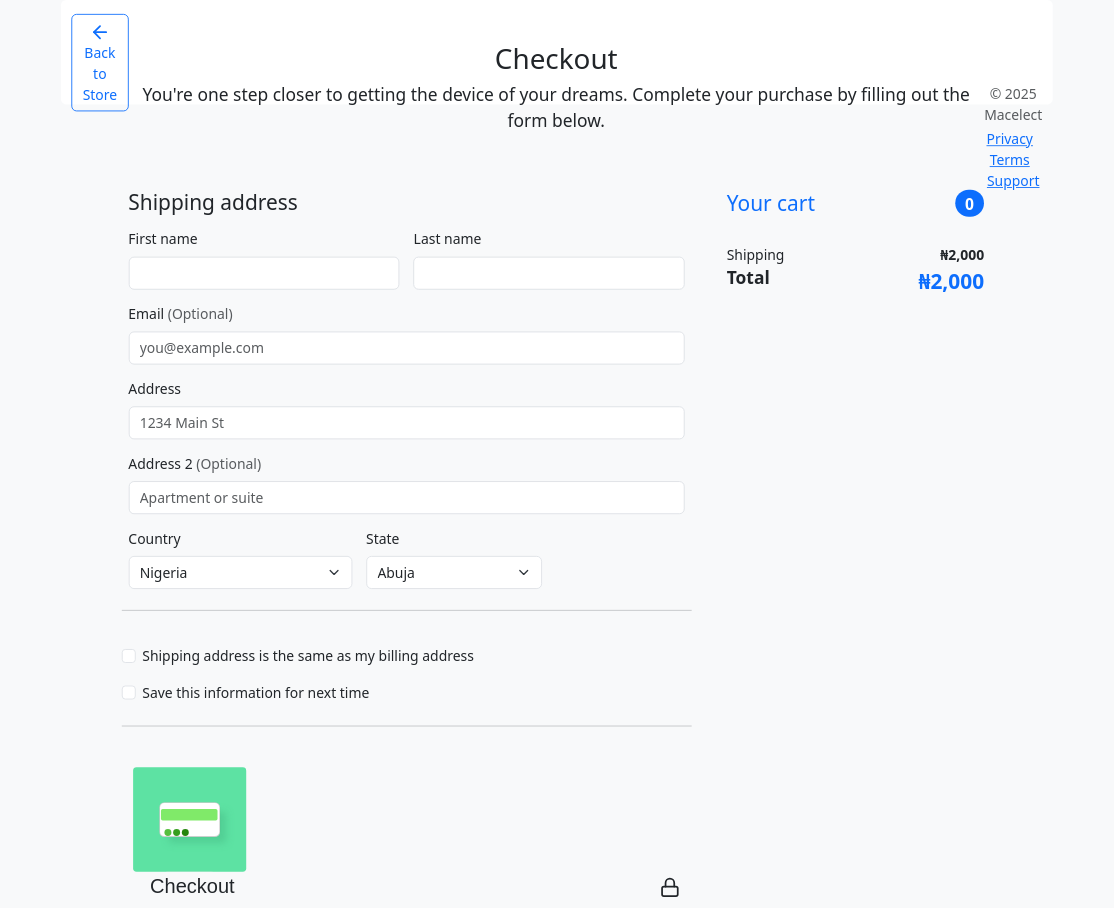
Repository: Davidobi21/macelect
Page: frontend/pages/checkout.html
An editor plug-in stored every save of this project. The page is shown before and after the next save, followed by the edit.
The browser window is 1280 px wide. The pictures show the whole page, at 87% of full size.

Above is the page before, as saved 2025-05-06 10:07:24.

After the next save:
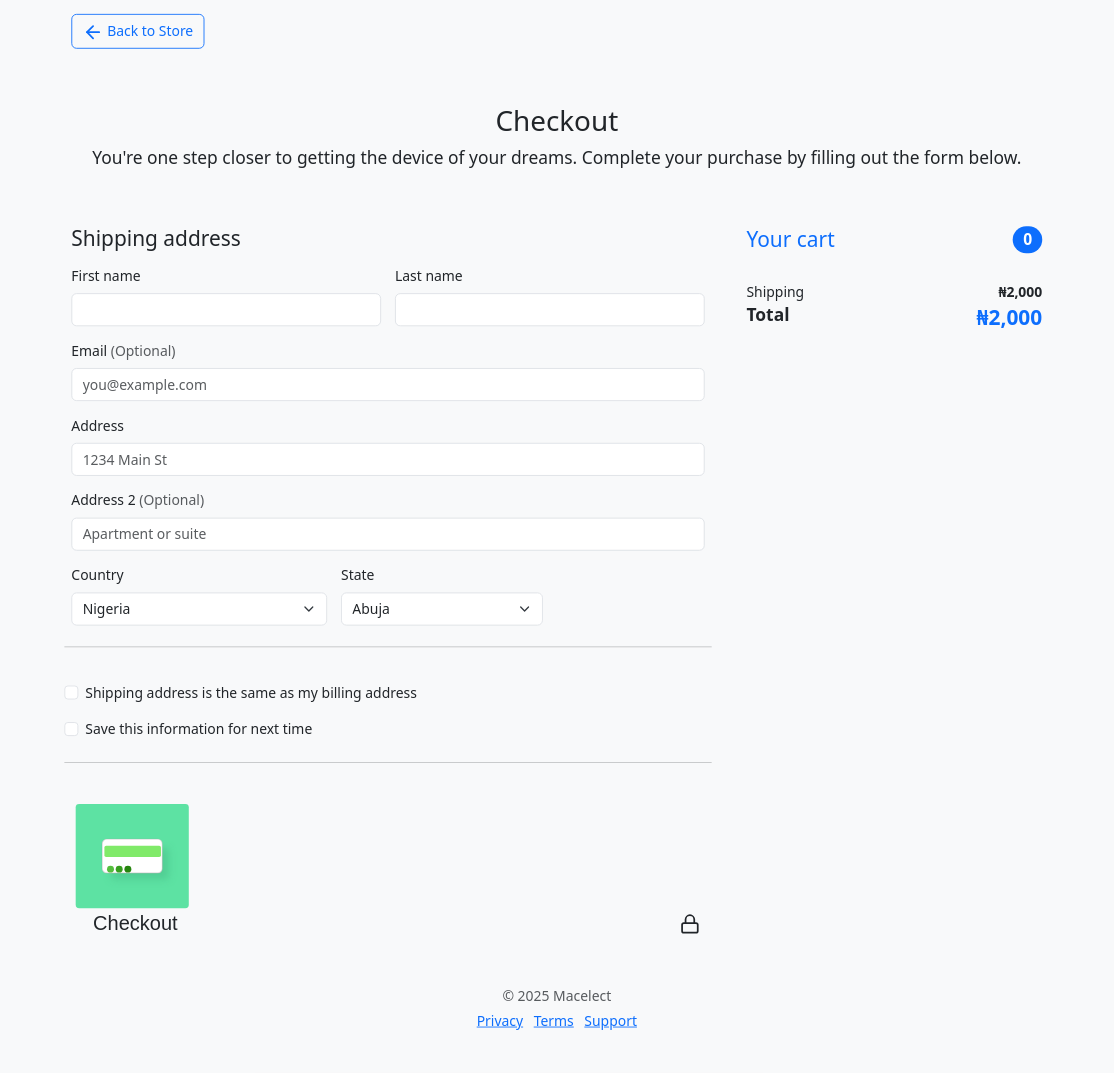
Saved 23 s later.
--- a/frontend/css/checkout.css
+++ b/frontend/css/checkout.css
@@ -1,5 +1,5 @@
 /* From Uiverse.io by Pawelitto */
-.container {
+.contain {
     background-color: #ffffff;
     display: flex;
     width: 270px;
@@ -9,11 +9,11 @@
     transition: 0.3s ease-in-out;
   }
 
-  .container:hover {
+  .contain:hover {
     transform: scale(1.03);
   }
 
-  .container:hover .left-side {
+  .contain:hover .left-side {
     width: 100%;
   }
 
